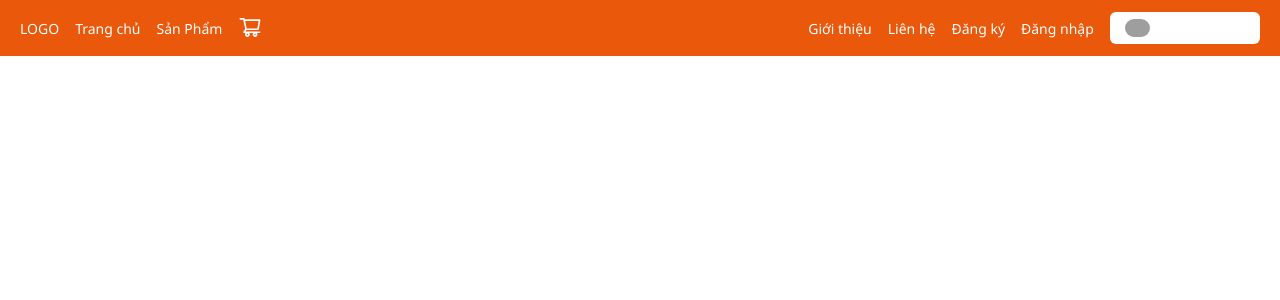
Repository: TinhTT336/MD02_Session15
Page: / (app in client/)
The author's editor kept a copy of each file at every save. The page is drawn from the files as they stood at one save, then again after the next save.
The browser window is 1280 px wide. The pictures show the whole page.
Pictures or frames that could not be fetched are drawn as grey boxes. The project was rebuilt for these pictures with package versions that can differ from the ones it lists, and the page was loaded fresh each time. Also part of the build but not shown: client/vite.config.js.

Above is the page before, as saved 2023-09-15 09:36:20.

### client/src/main.jsx
import React from 'react'
import ReactDOM from 'react-dom/client'
import App from './App.jsx'
import './index.css'
import { BrowserRouter } from "react-router-dom";

ReactDOM.createRoot(document.getElementById('root')).render(
  <BrowserRouter>
    <App />
  </BrowserRouter>
)

### client/src/App.jsx
import "./assets/styles/main.css";
import Header from "./components/user/header/Header";

function App() {

  return (
    <>
      <Header />
    </>
  )
}

export default App

### client/src/assets/styles/main.css
* {
  margin: 0;
  padding: 0;
  box-sizing: border-box;
}
@font-face {
  font-family: Notosans-bold;
  src: url(../fonts/notosans-bold.3ede5aff.woff2);
}
@font-face {
  font-family: Notosans-italic;
  src: url(../fonts/notosans-italic.1c1aaac9.woff2);
}
@font-face {
  font-family: Notosans-regular;
  src: url(../fonts/notosans-regular.2cb88a13.woff2);
}
@font-face {
  font-family: Notosans-semibold;
  src: url(../fonts/notosans-semibold.df3e6dc4.woff2);
}

body {
  height: 100%;
  width: 100%;
  font-size: 14px;
  font-family: Notosans-regular;
  color: #000000;
  background-color: #ffffff;
}

::-webkit-scrollbar {
  width: 10px;
  height: 10px;
}
::-webkit-scrollbar-track {
  background: #f1f1f1;
}
::-webkit-scrollbar-thumb {
  background: #b8bcc3;
}
::-webkit-scrollbar-thumb:hover {
  background: #888;
}
::-webkit-scrollbar-track-piece {
  background-color: #f1f1f1;
  width: 10px;
}

### client/src/components/user/header/Header.jsx
import React from 'react'
import { NavLink } from "react-router-dom"
import { ShoppingCartOutlined } from "@ant-design/icons"
import { Button, Dropdown } from 'antd';

export default function Header() {
    const items = [
        {
            key: '1',
            label: (
                <a target="_blank" rel="noopener noreferrer" href="https://www.antgroup.com">
                    Thông tin tài khoản
                </a>
            ),
        },
        {
            key: '2',
            label: (
                <a target="_blank" rel="noopener noreferrer" href="https://www.aliyun.com">
                    Lịch sử mua hàng
                </a>
            ),
        },
        {
            key: '3',
            label: (
                <a target="_blank" rel="noopener noreferrer" href="https://www.luohanacademy.com">
                    Đăng xuất
                </a>
            ),
        },
    ];
    return (
        <>
            <div className='w-full bg-orange-600 h-14 text-white flex items-center justify-between px-5'>
                <div className='flex gap-4 items-center'>
                    <NavLink to="/">LOGO</NavLink>
                    <NavLink to="/">Trang chủ</NavLink>
                    <NavLink to="/list-product">Sản Phẩm</NavLink>
                    <NavLink to="/cart">
                        <ShoppingCartOutlined className='text-2xl relative' />
                        <span className='bg-white px-2 rounded-xl text-black absolute'></span>
                    </NavLink>
                </div>
                <div className='flex gap-4 items-center'>
                    <NavLink to="/about">Giới thiệu</NavLink>
                    <NavLink to="/contact">Liên hệ</NavLink>
                    <NavLink to="/register">Đăng ký</NavLink>
                    <NavLink to="/login">Đăng nhập</NavLink>
                    <Dropdown
                        menu={{
                            items,
                        }}
                        placement="bottomLeft"
                        arrow
                    >
                        <Button className='border-none shadow-none text-white hover:text-white'>
                            <div className='flex items-center gap-2 hover:text-white'>
                                <img className='rounded-full'
                                    height={25} width={25} src="https://yt3.googleusercontent.com/-CFTJHU7fEWb7BYEb6Jh9gm1EpetvVGQqtof0Rbh-VQRIznYYKJxCaqv_9HeBcmJmIsp2vOO9JU=s900-c-k-c0x00ffffff-no-rj" alt="" />
                                Trần Thị Tính
                            </div>

                        </Button>
                    </Dropdown>
                </div>
            </div>
        </>
    )
}

Loaded but not shown: client/src/index.css (common file); client/tailwind.config.js (common file)

After the next save:
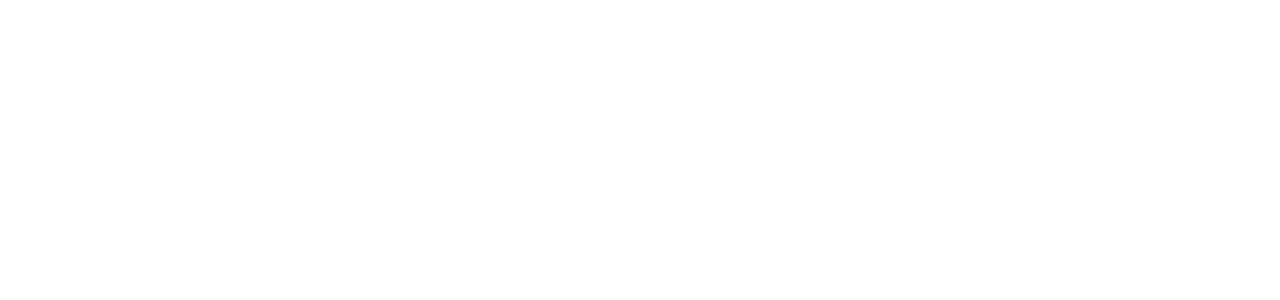
Console error: ReferenceError: Link is not defined
Saved 96 s later.
--- a/client/src/components/user/header/Header.jsx
+++ b/client/src/components/user/header/Header.jsx
@@ -8,25 +8,25 @@
         {
             key: '1',
             label: (
-                <a target="_blank" rel="noopener noreferrer" href="https://www.antgroup.com">
+                <Link to="/profile" >
                     Thông tin tài khoản
-                </a>
+                </Link>
             ),
         },
         {
             key: '2',
             label: (
-                <a target="_blank" rel="noopener noreferrer" href="https://www.aliyun.com">
-                    Lịch sử mua hàng
-                </a>
+                <Link to="/change-password" >
+                    Đổi mật khẩu
+                </Link>
             ),
         },
         {
             key: '3',
             label: (
-                <a target="_blank" rel="noopener noreferrer" href="https://www.luohanacademy.com">
+                <Link >
                     Đăng xuất
-                </a>
+                </Link>
             ),
         },
     ];

After the save that followed:
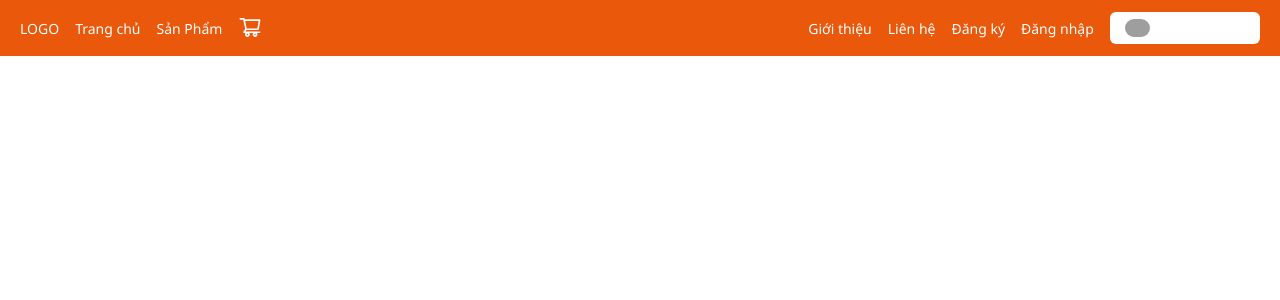
The error is gone.
Saved 14 s later.
--- a/client/src/components/user/header/Header.jsx
+++ b/client/src/components/user/header/Header.jsx
@@ -1,5 +1,5 @@
 import React from 'react'
-import { NavLink } from "react-router-dom"
+import { Link, NavLink } from "react-router-dom"
 import { ShoppingCartOutlined } from "@ant-design/icons"
 import { Button, Dropdown } from 'antd';
 
